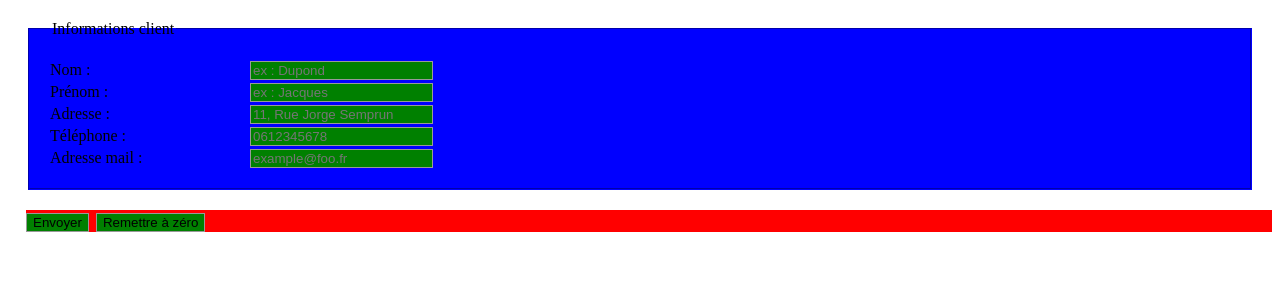
Repository: big73/NFE114
Page: http://localhost/Seance4-step1/
These files come from the project's save history. The page is drawn as it stood at one moment and after the next save; the edit follows.
The browser window is 1280 px wide. The pictures show the whole page.
The page is served by Tomcat 9. Other server files are loaded and not shown.

Above is the page before, as saved 2015-12-30 14:55:14.

### Seance4-step1/WebContent/formClient.jsp
<%@ page language="java" contentType="text/html; charset=UTF-8"
    pageEncoding="UTF-8"%>
<!DOCTYPE html PUBLIC "-//W3C//DTD HTML 4.01 Transitional//EN" "http://www.w3.org/TR/html4/loose.dtd">
<html>
<head>
<meta http-equiv="Content-Type" content="text/html; charset=UTF-8">
<title>Insert title here</title>
<link rel="stylesheet" href="css/style.css">
</head>
<body>

	<form>
		<fieldset>
		<legend>Informations client</legend>

			<label>Nom : </label>
			<input class="saisie" type="text" placeholder="ex : Dupond" name="nom"><br>

			<label>Prénom : </label>
			<input class="saisie" type="text" placeholder="ex : Jacques" name="prenom"><br>

			<label>Adresse : </label>
			<input class="saisie" type="text" placeholder="11, Rue Jorge Semprun" name="adresse"><br>

			<label>Téléphone : </label>
			<input class="saisie" type="text" placeholder="0612345678" name="phone"><br>

			<label>Adresse mail : </label>
			<input class="saisie" type="email" placeholder="example@foo.fr" name="mail"><br>

		</fieldset>

		<div class="actionneur">
			<input type="submit" value="Envoyer">
			<input type="reset" value="Remettre à zéro">
		</div>
	</form>

</body>
</html>

### Seance4-step1/WebContent/WEB-INF/taglibs.jsp
<%@ page language="java" contentType="text/html; charset=UTF-8" pageEncoding="UTF-8"%>
<%@ taglib uri="http://java.sun.com/jsp/jstl/core" prefix="c" %>
<%@ taglib uri="http://java.sun.com/jsp/jstl/functions" prefix="fn" %>
<!DOCTYPE html PUBLIC "-//W3C//DTD HTML 4.01 Transitional//EN" "http://www.w3.org/TR/html4/loose.dtd">
<html>
<head>
<meta http-equiv="Content-Type" content="text/html; charset=UTF-8">
<title>Taglibs Repo</title>
</head>
<body>

</body>
</html>

### Seance4-step1/WebContent/css/style.css
.actionneur
{
	margin-left : 18px;
	background-color: red;
}

fieldset {
    border-color: blue;
    margin : 20px;
    padding : 20px;
    background-color: blue;
}

input
{

    background-color: green;
}

form label {

    float: left;

    width: 200px;

    margin: 3px 0px 0px 0px;

}

form input {

    margin: 3px 3px 0px 0px;

    border: 1px #999 solid;

}

After the next save:
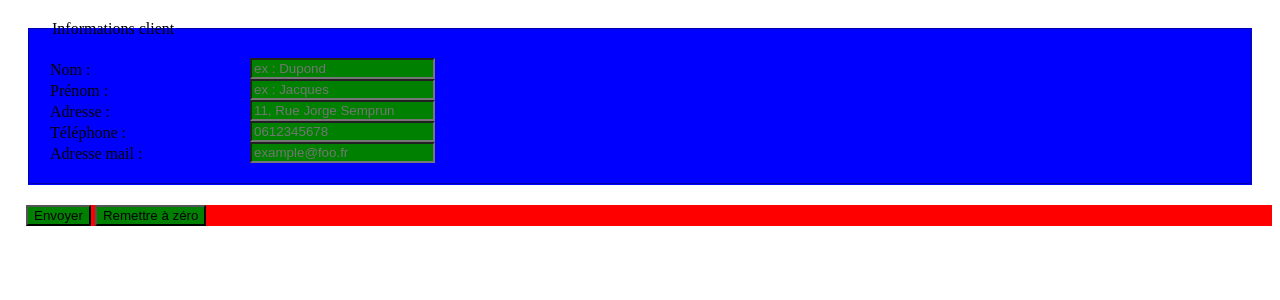
Saved 18 s later.
--- a/Seance4-step1/WebContent/css/style.css
+++ b/Seance4-step1/WebContent/css/style.css
@@ -26,11 +26,3 @@ form label {
     margin: 3px 0px 0px 0px;
 
 }
-
-form input {
-
-    margin: 3px 3px 0px 0px;
-
-    border: 1px #999 solid;
-
-}
